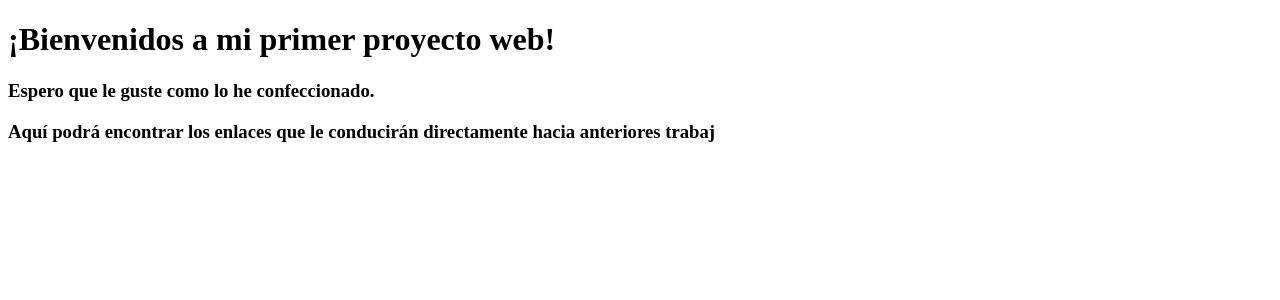
Repository: Pablosky971/Ejercicio-4.-Proyecto-Web
Page: Ejercicio4/src/main/webapp/WEB-INF/index.html
An editor plug-in stored every save of this project. The page is shown before and after the next save, followed by the edit.
The browser window is 1280 px wide. The pictures show the whole page.

Above is the page before, as saved 2022-03-09 12:02:49.

After the next save:
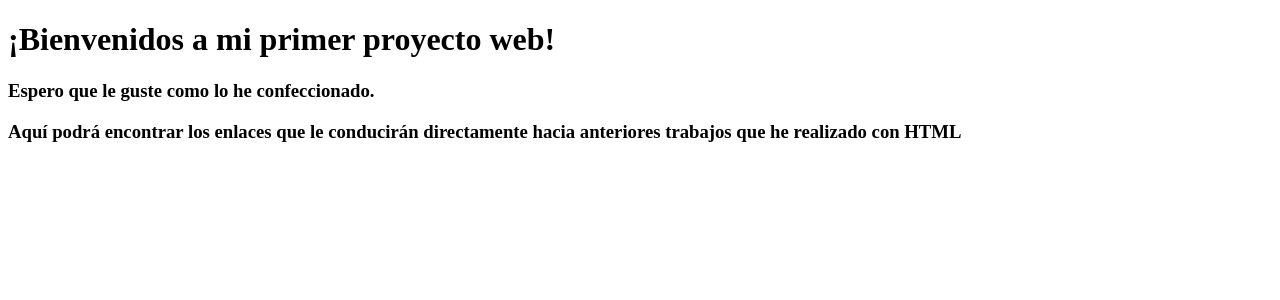
Saved 6 s later.
--- a/Ejercicio4/src/main/webapp/WEB-INF/index.html
+++ b/Ejercicio4/src/main/webapp/WEB-INF/index.html
@@ -14,7 +14,7 @@
 	<main>
 
 	<nav>
-		<h3> Aquí podrá encontrar los enlaces que le conducirán directamente hacia anteriores trabaj</h3>
+		<h3> Aquí podrá encontrar los enlaces que le conducirán directamente hacia anteriores trabajos que he realizado con HTML </h3>
 	</nav>
 	</main>
 
